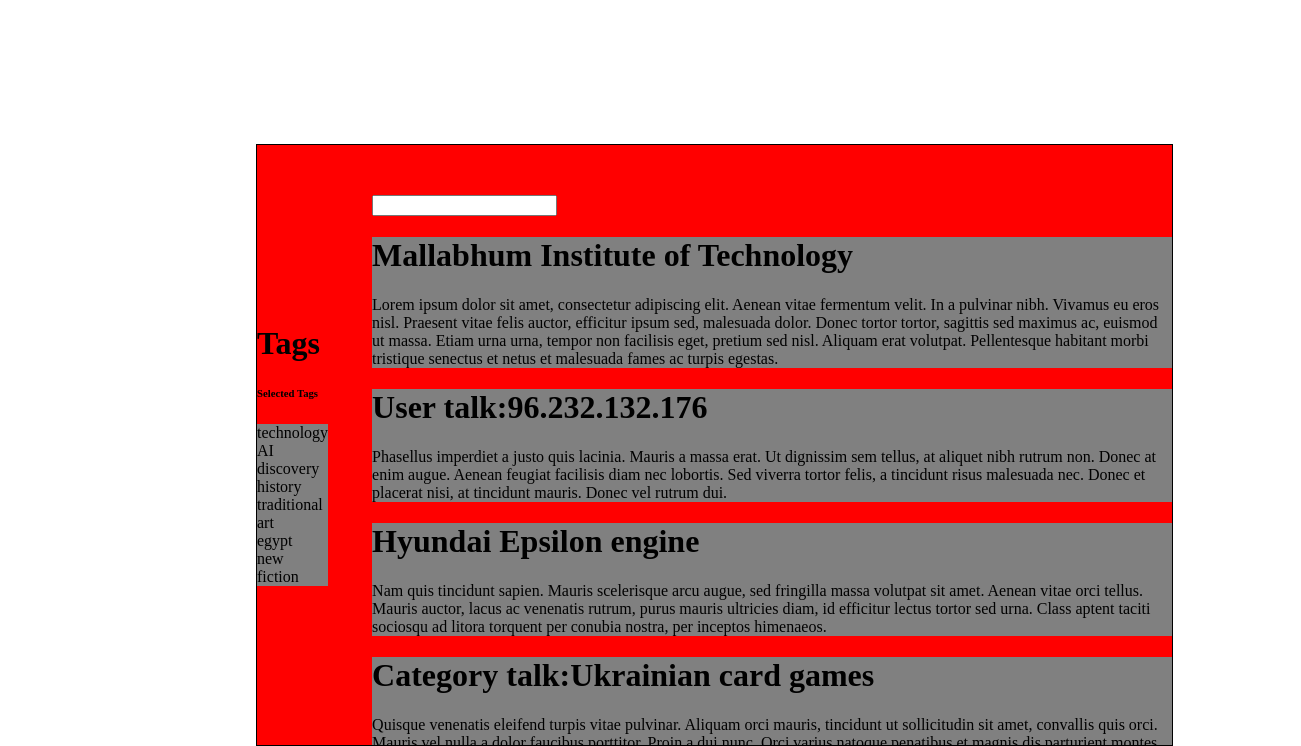
Repository: KelaiAffaf/bridger
Page: /
An editor plug-in stored every save of this project. The page is shown before and after a run of saves, followed by the edit.
The browser window is 1280 px wide. The page is 1280 px wide, then 1301 px, so the pictures cover 1301 px, including what lies to the right of the window. The pictures show the whole page.
The project was rebuilt for these pictures with package versions that can differ from the ones it lists, and the page was loaded fresh each time. Also part of the build but not shown: vite.config.js.

Above is the page before, as saved 2023-06-08 11:22:00.

After the next 6 saves:
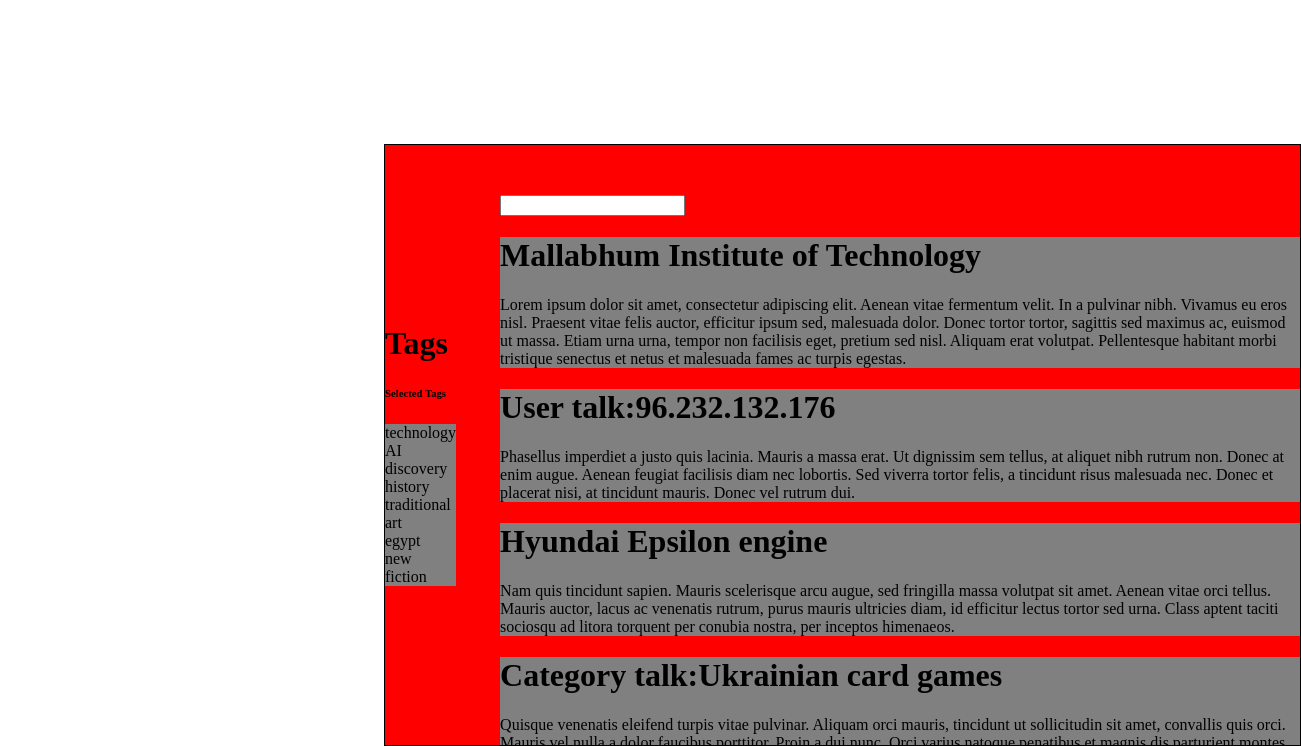
The 6 saves are shown as one change because they came seconds apart.
The last was saved 66 s later.
--- a/src/App.jsx
+++ b/src/App.jsx
@@ -39,7 +39,7 @@
       overflow: "hidden",
       position: "absolute",
       top: "20%",
-      left: "20%",
+      left: "30%",
     }}
       >
       <div>
